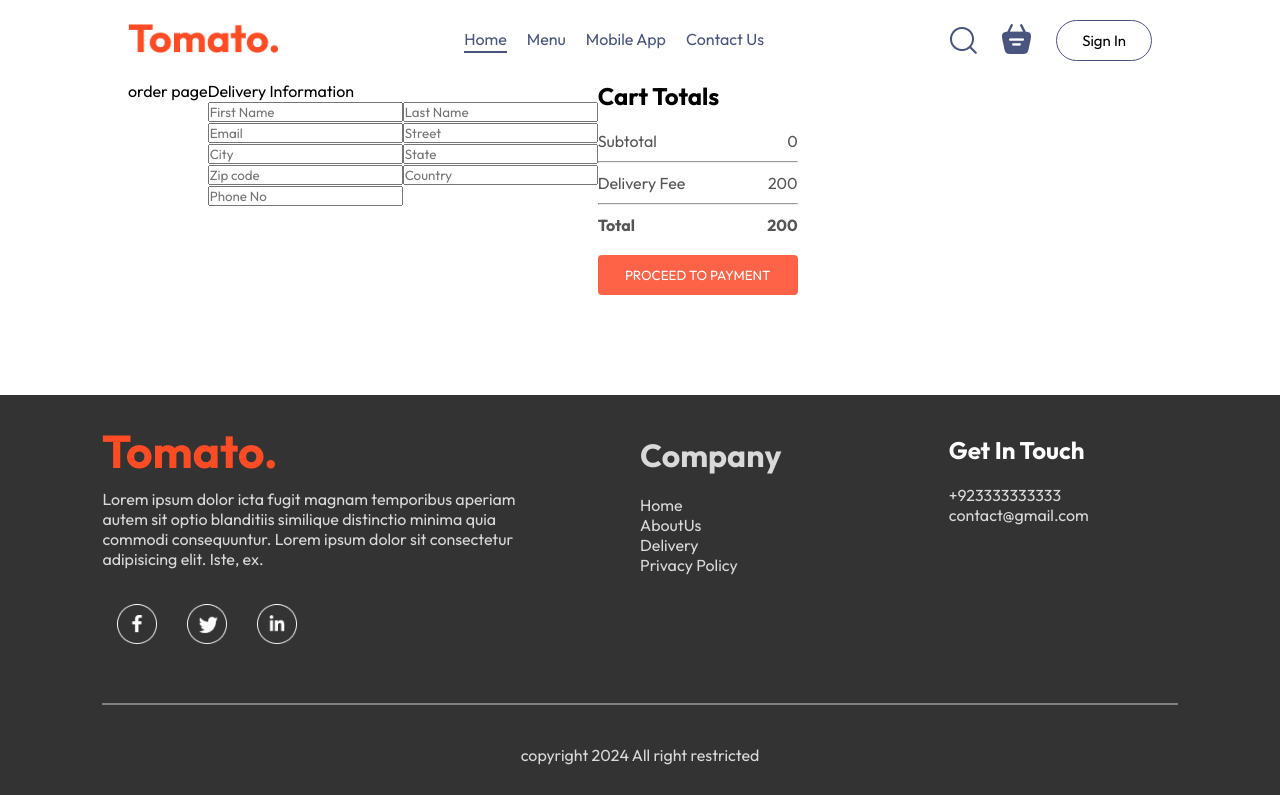
Repository: Attar786/Food-ordering-app
Page: /order (app in frontend/)
The author's editor kept a copy of each file at every save. The page is drawn from the files as they stood at one save, then again after the next save.
The browser window is 1280 px wide. The pictures show the whole page.
The project was rebuilt for these pictures with package versions that can differ from the ones it lists, and the page was loaded fresh each time. Also part of the build but not shown: frontend/vite.config.js, frontend/src/components/Header/Header.css, frontend/src/components/Header/Header.jsx, frontend/src/components/ExploreMenu/ExploreMenu.css, frontend/src/components/ExploreMenu/ExploreMenu.jsx, frontend/src/components/FoodDisplay/FoodDisplay.css, frontend/src/components/FoodItem/FoodItem.css, frontend/src/components/FoodItem/FoodItem.jsx and 7 more.

Above is the page before, as saved 2024-07-30 20:41:33.

After the next save:
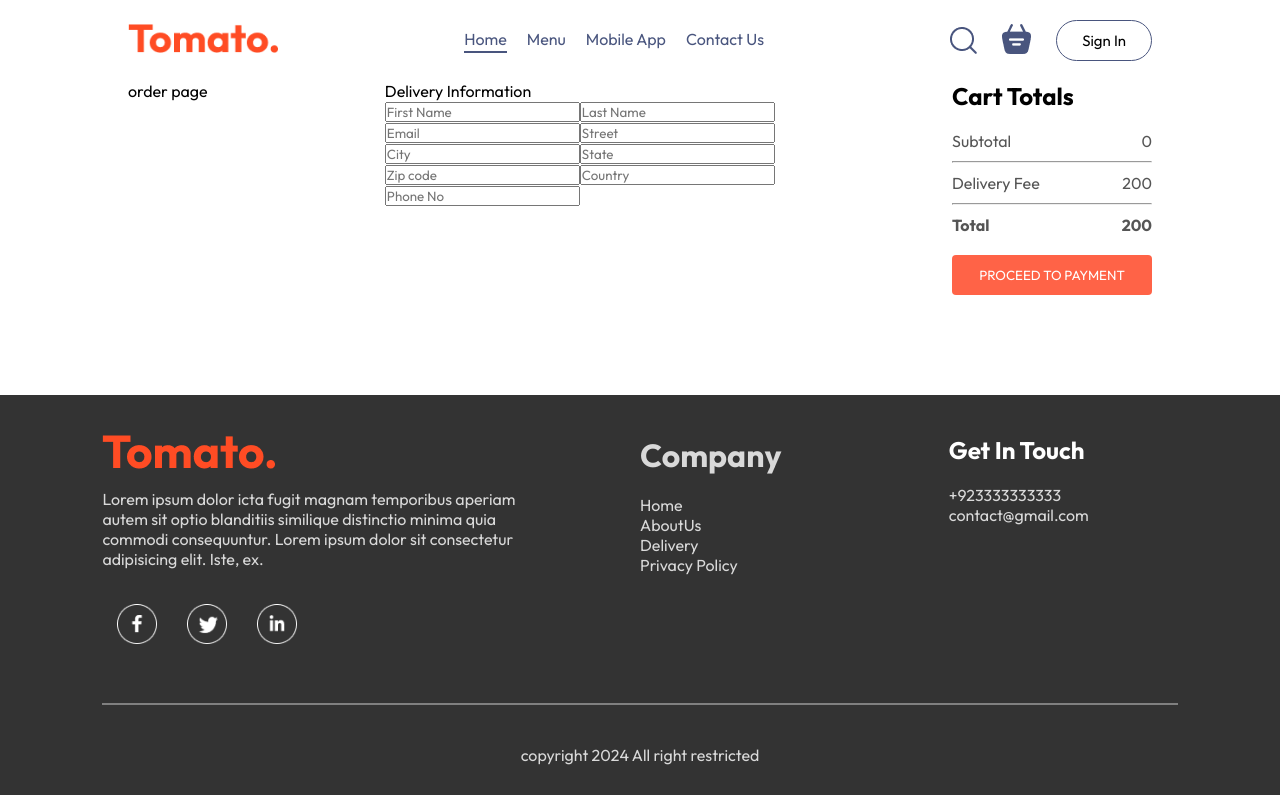
Saved 13 s later.
--- a/frontend/src/pages/PlaceOrder/PlaceOrder.css
+++ b/frontend/src/pages/PlaceOrder/PlaceOrder.css
@@ -1,4 +1,4 @@
 .place-order{
     display: flex;
-    justify-content: start;
+    justify-content: space-between;
 }
